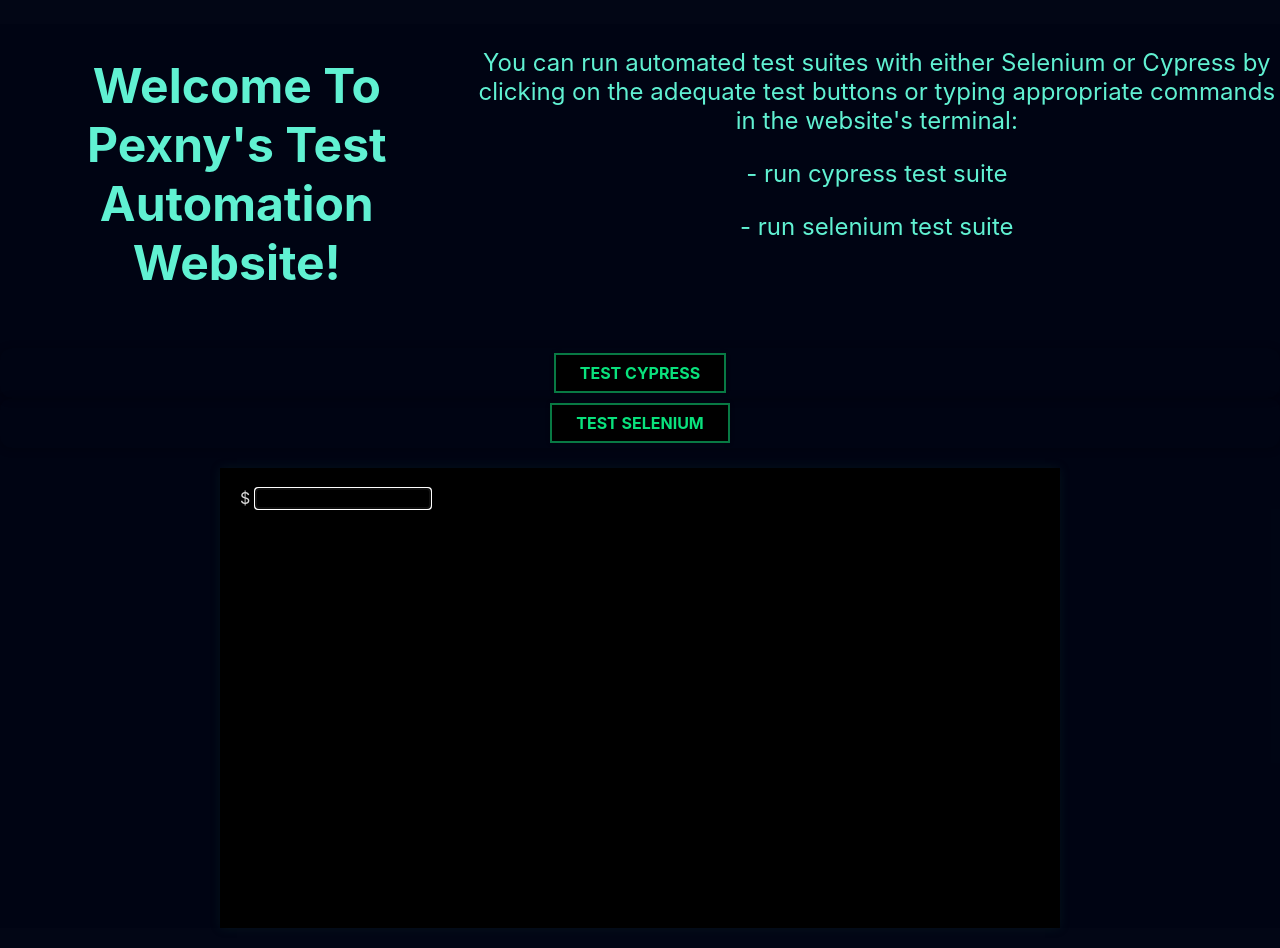
Repository: p3xny/Test-Automation-Website
Page: / (app in client/)
These files come from the project's save history. The page is drawn as it stood at one moment and after the next save; the edit follows.
The browser window is 1280 px wide. The pictures show the whole page.
The project was rebuilt for these pictures with package versions that can differ from the ones it lists, and the page was loaded fresh each time. Also part of the build but not shown: client/src/components/UI/TestMenu.js.

Above is the page before, as saved 2023-08-23 22:48:36.

After the next save:
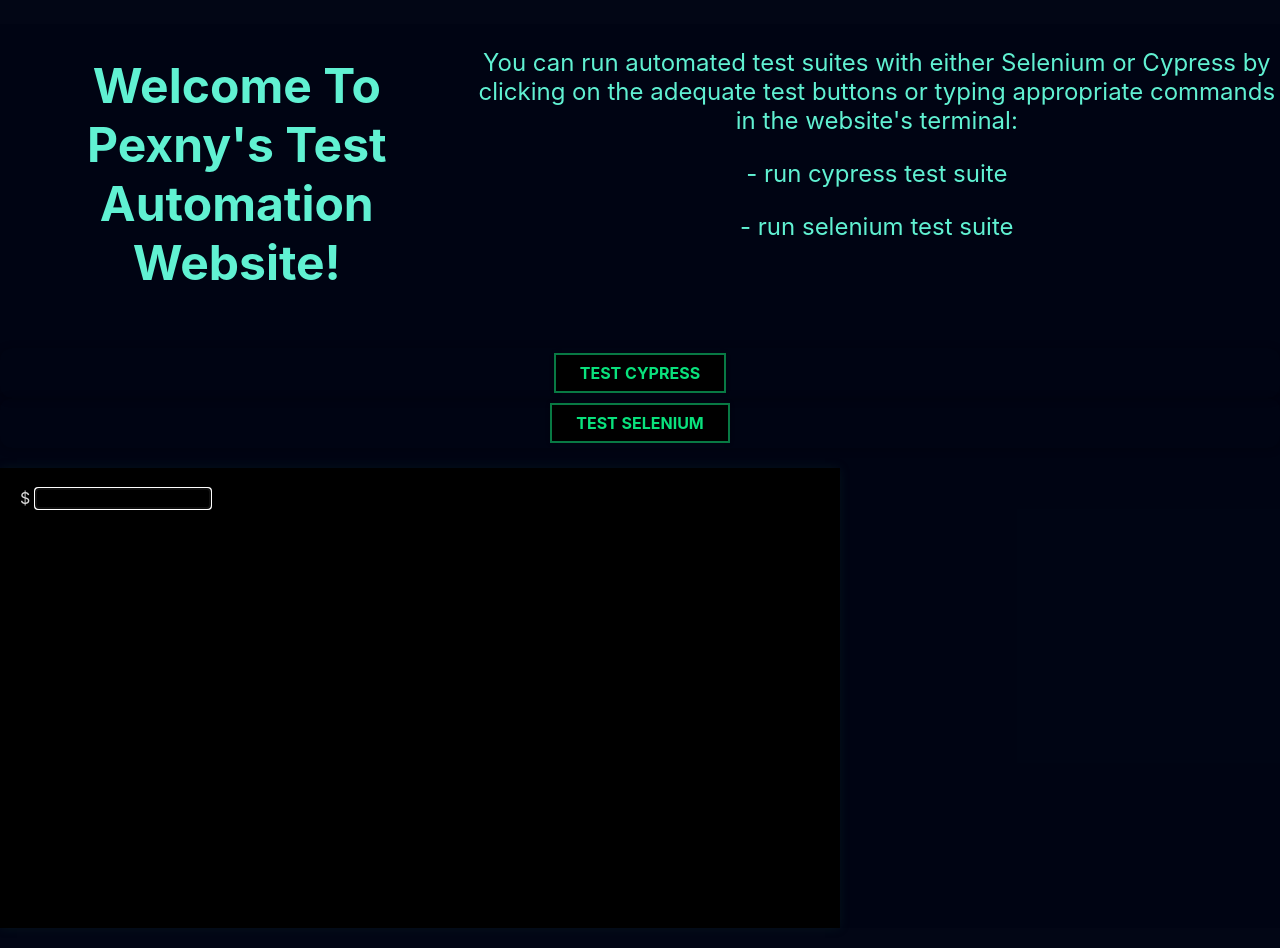
Saved 10 s later.
--- a/client/src/components/Terminal/Terminal.module.css
+++ b/client/src/components/Terminal/Terminal.module.css
@@ -1,7 +1,7 @@
 .terminal {
   margin-top: 20px;
   margin-bottom: 20px;
-  margin-left: auto;
+  /* margin-left: auto; */
   margin-right: auto;
 
   /* border: 1px solid rgb(8, 121, 68); */

After the save that followed:
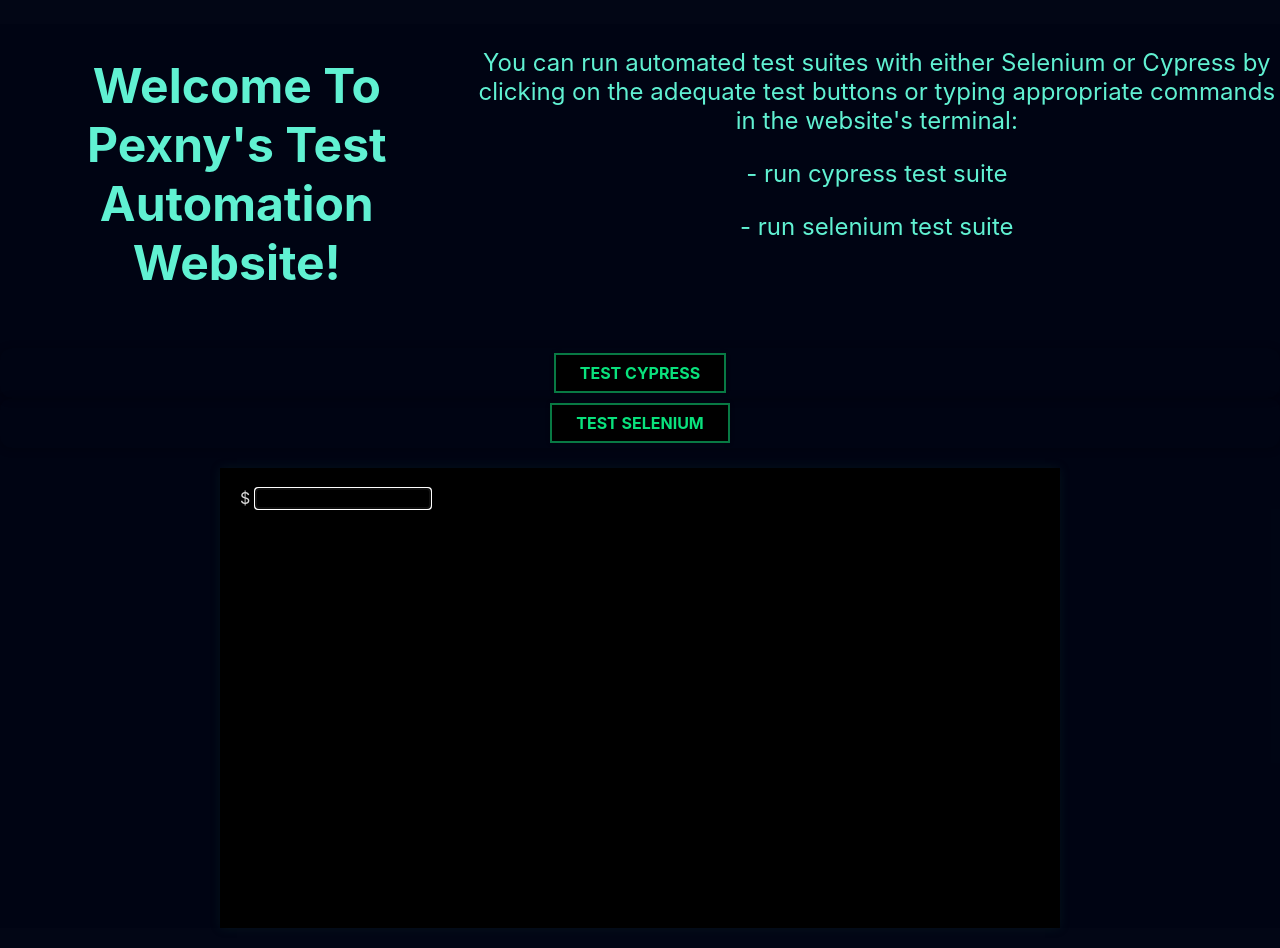
Saved 4 s later.
--- a/client/src/components/Terminal/Terminal.module.css
+++ b/client/src/components/Terminal/Terminal.module.css
@@ -1,7 +1,7 @@
 .terminal {
   margin-top: 20px;
   margin-bottom: 20px;
-  /* margin-left: auto; */
+  margin-left: auto;
   margin-right: auto;
 
   /* border: 1px solid rgb(8, 121, 68); */
